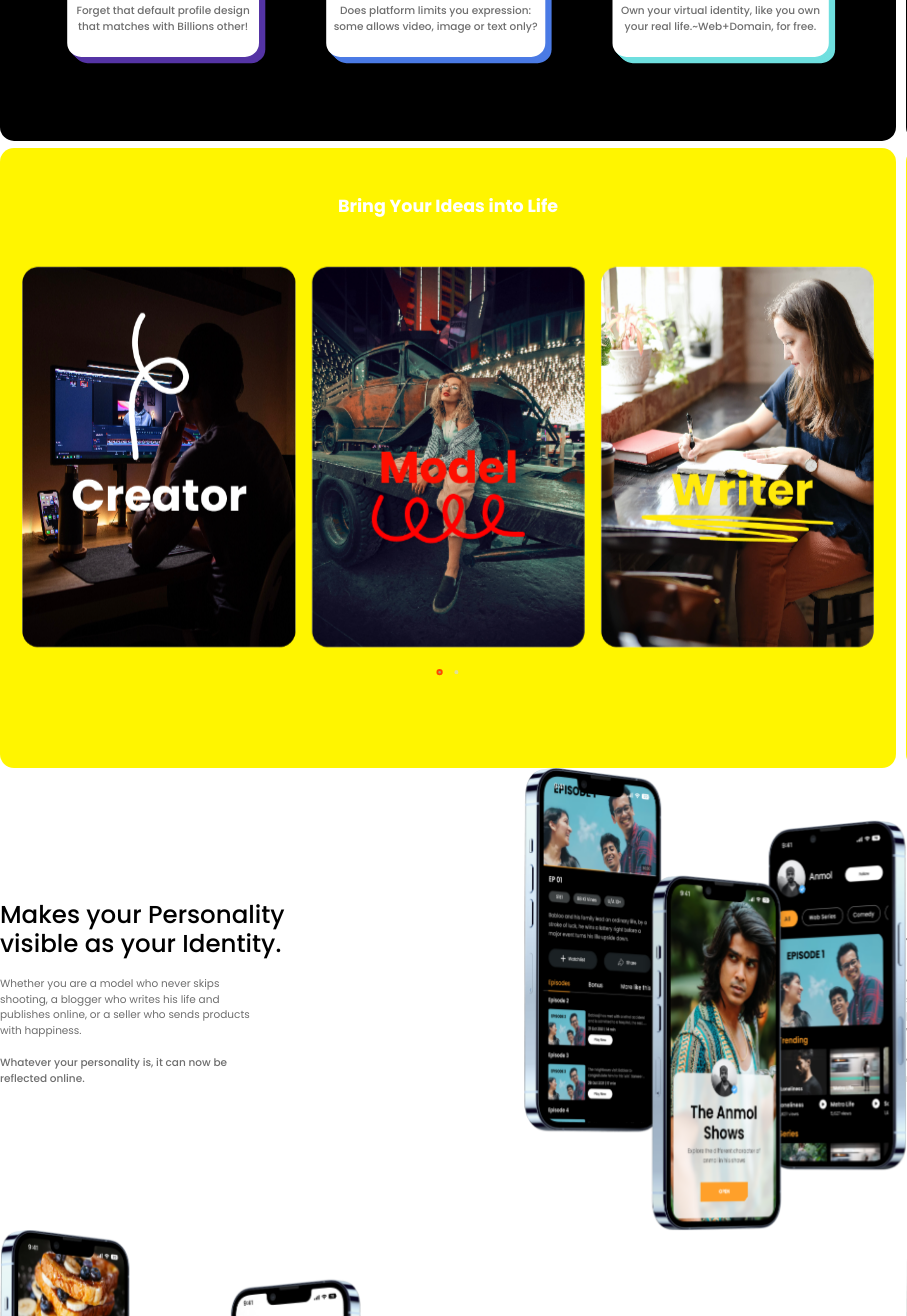
Repository: itsmesikandar/swavy.in.github.io
Page: index.html
The author's editor kept a copy of each file at every save. The page is drawn from the files as they stood at one save, then again after the next save.
The browser window is 1280 px wide. The page is 1295 px wide, so the pictures cover 1295 px, including what lies to the right of the window. The pictures show the part of the page from y = 1216 to 3096 px (the page is 4979 px tall before and 4947 px after), at 70% of full size.

Above is the page before, as saved 2023-02-22 23:35:33.
Console error: TypeError: Cannot read properties of undefined (reading 'fn')

After the next save:
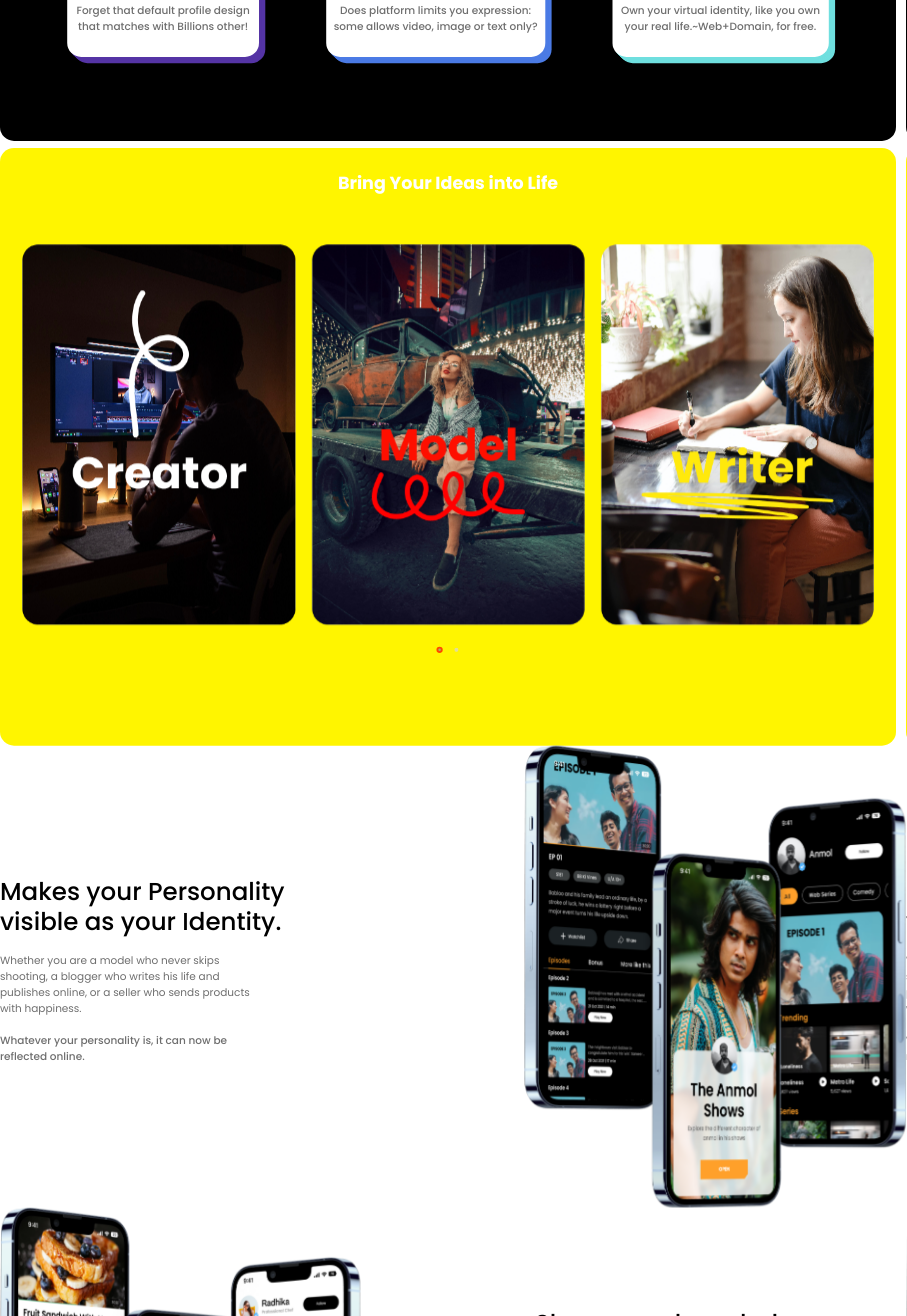
Saved 24 s later.
--- a/index.html
+++ b/index.html
@@ -108,7 +108,7 @@
             <div class="row">
               <div class="col-12 text-center pb-5">
 
-                <h4 class="section-subtitle color-white mt-5"><b>Bring Your Ideas into Life</b></h4>
+                <h4 class="section-subtitle color-white mt-3"><b>Bring Your Ideas into Life</b></h4>
 
               </div>
 
